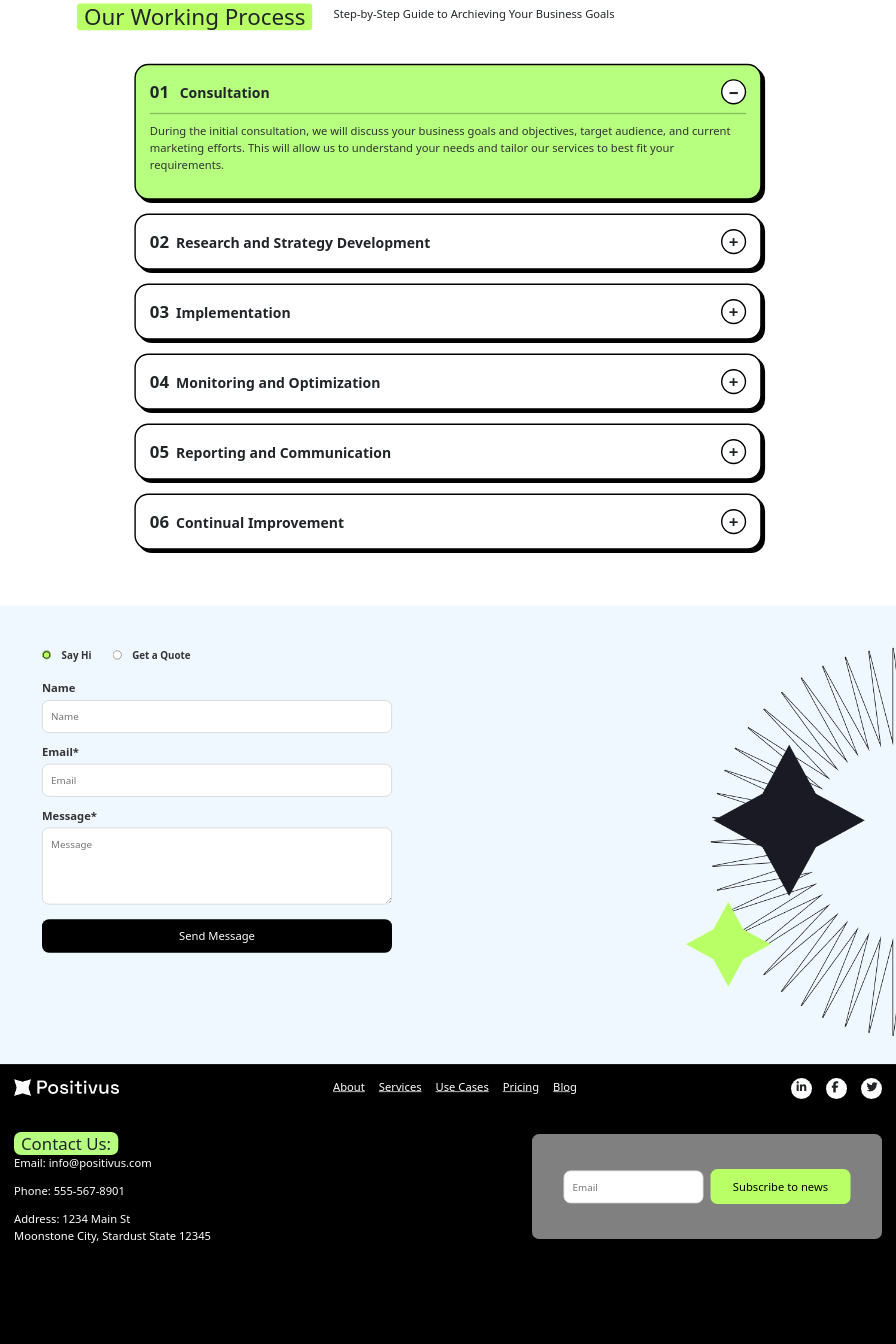
Repository: inshaabbas/CSS-Hackathon-SMIT
Page: index.html
An editor plug-in stored every save of this project. The page is shown before and after a run of saves, followed by the edit.
The browser window is 1280 px wide. The pictures show the part of the page from y = 1253 to 3173 px (the page is 3173 px tall), at 70% of full size.
A picture or video elsewhere on the page could not be fetched, so the positions and the page height are approximate.

Above is the page before, as saved 2025-06-25 11:07:52.

### index.html
<!DOCTYPE html>
<html lang="en">
<head>
    <meta charset="UTF-8">
    <meta name="viewport" content="width=device-width, initial-scale=1.0">
    <title>CSS Hackathon</title>
    <!-- Bootstrap CDN -->
     <link href="https://cdn.jsdelivr.net/npm/bootstrap@5.3.7/dist/css/bootstrap.min.css" rel="stylesheet" integrity="sha384-LN+7fdVzj6u52u30Kp6M/trliBMCMKTyK833zpbD+pXdCLuTusPj697FH4R/5mcr" crossorigin="anonymous">
    <!-- Font Awesome CDN -->
     <link rel="stylesheet" href="https://cdnjs.cloudflare.com/ajax/libs/font-awesome/6.7.2/css/all.min.css" integrity="sha512-Evv84Mr4kqVGRNSgIGL/F/aIDqQb7xQ2vcrdIwxfjThSH8CSR7PBEakCr51Ck+w+/U6swU2Im1vVX0SVk9ABhg==" crossorigin="anonymous" referrerpolicy="no-referrer"/>
    <!-- External Style Sheet -->
     <link rel="stylesheet" href="./style.css">
</head>
<body>
    <!-- Header Section Starts -->
    <header class="container-xxl">
      <div class="fixed-top">
         <nav class="navbar navbar-expand-lg bg-body-tertiary">
  <div class="container-fluid">
    <a class="navbar-brand" href="#"><img src="./Assets/logo.png" alt="Logo" width="150px"></a>
    <button class="navbar-toggler" type="button" data-bs-toggle="collapse" data-bs-target="#navbarSupportedContent" aria-controls="navbarSupportedContent" aria-expanded="false" aria-label="Toggle navigation">
      <span class="navbar-toggler-icon"></span>
    </button>
    <div class="collapse navbar-collapse" id="navbarSupportedContent">
      <ul class="navbar-nav ms-auto me-3 gap-4 mb-2 mb-lg-0">
        <li class="nav-item">
          <a class="nav-link active" aria-current="page" href="#">Aboutus</a>
        </li>
        <li class="nav-item">
          <a class="nav-link active" href="#">Services</a>
        </li>
        <li class="nav-item">
          <a class="nav-link active" aria-disabled="true">User Cases</a>
        </li>
        <li class="nav-item">
          <a class="nav-link active" aria-current="page" href="#">Pricing</a>
        </li>
        <li class="nav-item">
          <a class="nav-link active" aria-current="page" href="#">Blog</a>
        </li>
      </ul>
        <button class="btn btn-outline-dark" type="submit">Request a Quote</button>
      </form>
    </div>
  </div>
</nav>
      </div>
    </header>
    <!-- Header Section Ends -->

    <!-- Hero Section Starts -->
     <section class="hero-sec container-xxl">
        <div class="hero-text">
            <h2>Navigating the digital landscape for success</h2>
            <p>Lorem ipsum dolor sit amet consectetur adipisicing elit. Nihil sapiente officia omnis rerum, vitae nesciunt ad obcaecati sint quam accusantium Lorem ipsum dolor sit amet consectetur adipisicing elit. Quaerat nobis quos soluta accusantium perspiciatis quas ducimus dicta accusamus eius, sint adipisci cum minima aliquam debitis expedita nam eos, consectetur quasi.</p>
            <button type="button" class="btn btn-dark">Book a consultation</button>
        </div>
        <div class="hero-img">
            <img src="./Assets/hero-sec-img.png" alt="Hero Section Img" width="450px" height="330px">
        </div>
     </section>
    <!-- Hero Section Ends -->

    <!-- Social Section Starts -->
     <section class="social-sec container-xxl">
       <img src="./Assets/Amazon.png" alt="Amazon">
       <img src="./Assets/Dribbble.png" alt="Dribbble">
       <img src="./Assets/Hubspot-icon-removebg-preview.png" alt="Hubspot">
       <img src="./Assets/Notion.png" alt="Notion">
       <img src="./Assets/Netflix.png" alt="Netflix" class="gray">
       <img src="./Assets/Zoom.png" alt="Zoom" class="gray">
     </section>
    <!-- Social Section Ends -->

    <!-- Service Section Starts -->
     <section class="service-sec container-xxl">
      <div class="service-head">
        <h2>Services</h2>
        <p>Lorem ipsum dolor sit amet consectetur adipisicing elit. Ad, aliquam assumenda. Perspiciatis necessitatibus ullam possimus illum consequatur dolores quasi ut.</p>
      </div>
      <div class="service-cards">
        <div class="service-card-1 hover-img">
          <div class="ser-card-1-text">
             <h3>Search engine <br> optimization</h3>
             <p><img src="./Assets/service-icon.png" alt="Service Icon" width="30px">Learn More</p>
          </div>
          <div class="ser-card-1-img">
            <img src="./Assets/Service-card-1img.png" alt="">
          </div>
        </div>
        <div class="service-card-2 hover-img">
          <div class="ser-card-2-text">
             <h3>Search engine <br> optimization</h3>
             <p><img src="./Assets/service-icon.png" alt="Service Icon" width="30px">Learn More</p>
          </div>
          <div class="ser-card-2-img">
            <img src="./Assets/Service-card-2-img.png" alt="">
          </div>
        </div>
      </div>
     </section>
    <!-- Service Section Ends -->

     <!-- Working section Starts -->
     <section class="working-section container-xxl">
      <div class="working-head">
        <h2>Our Working Process</h2>
        <p>Step-by-Step Guide to Archieving Your Business Goals</p>
      </div>
      <div class="faq-section">
  <details open>
    <summary><span><span class="number">01</span> Consultation</span> <span class="plus"></span></summary>
    <hr class="divider">
    <div class="faq-content">
      <p>During the initial consultation, we will discuss your business goals and objectives, target audience, and current marketing efforts. This will allow us to understand your needs and tailor our services to best fit your requirements.</p>
    </div>
  </details>

  <details>
    <summary><span><span class="number">02</span>Research and Strategy Development</span> <span class="plus"></span></summary>
    <hr class="divider">
    <div class="faq-content">
      We research your market and competitors to develop a custom strategy aligned with your business goals.
    </div>
  </details>

   <details>
    <summary><span><span class="number">03</span>Implementation</span> <span class="plus"></span></summary>
    <hr class="divider">
    <div class="faq-content">
      We research your market and competitors to develop a custom strategy aligned with your business goals.
    </div>
  </details>

   <details>
    <summary><span><span class="number">04</span>Monitoring and Optimization</span> <span class="plus"></span></summary>
    <hr class="divider">
    <div class="faq-content">
      We research your market and competitors to develop a custom strategy aligned with your business goals.
    </div>
  </details>

   <details>
    <summary><span><span class="number">05</span>Reporting and Communication</span> <span class="plus"></span></summary>
    <hr class="divider">
    <div class="faq-content">
      We research your market and competitors to develop a custom strategy aligned with your business goals.
    </div>
  </details>

   <details>
    <summary><span><span class="number">06</span>Continual Improvement</span> <span class="plus"></span></summary>
    <hr class="divider">
    <div class="faq-content">
      We research your market and competitors to develop a custom strategy aligned with your business goals.
    </div>
  </details>
      </div>
      </section>

    <!-- Working section Ends -->

     <!-- Contact section Starts -->
     <section class="contact-section container-xxl">
      <div class="contact-form">
        <form>
          <div class="radio-group">
            <label><input type="radio" name="purpose" checked>Say Hi</label>
            <label><input type="radio" name="purpose"> Get a Quote</label>
          </div>

          <div class="form-group">
            <label for="name">Name</label>
            <input type="text" id="name" name="name" placeholder="Name" required>
          </div>

          <div class="form-group">
            <label for="email">Email*</label>
            <input type="email" id="email" name="email" placeholder="Email" required>
          </div>

          <div class="form-group">
            <label for="message">Message*</label>
            <textarea id="message" name="message" placeholder="Message" rows="4" required></textarea>
          </div>

          <button type="submit" class="send-btn">Send Message</button>
        </form>
       </div>
      <div class="contact-image">
        <img src="./Assets/Contact-img.png" alt="Contact img" width="400px">
      </div>
     </section>

     <!-- Contact section End -->

     <!-- Footer section Starts -->

     <footer>
        <div class="top-footer">
            <div class="fot-logo">
                <img src="./Assets/Foooter-logo.png" alt="Footer logo" width="150px">
            </div>
            <div class="fot-links">
                <li><a href="#">About</a></li>
                <li><a href="#">Services</a></li>
                <li><a href="#">Use Cases</a></li>
                <li><a href="#">Pricing</a></li>
                <li><a href="#">Blog</a></li>
            </div>
            <div class="fot-icons">
                <div class="circle"><i class="fa-brands fa-linkedin-in"></i></div>
                <div class="circle"><i class="fa-brands fa-facebook-f"></i></div>
                <div class="circle"><i class="fa-brands fa-twitter"></i></div>
            </div>
        </div>

        <div class="fot-contact">
            <div class="fot-text">
                <h4>Contact Us:</h4>
                <p>Email: info@positivus.com</p>
                <p>Phone: 555-567-8901</p>
                <p>Address: 1234 Main St <br> Moonstone City, Stardust State 12345</p>
            </div>
            <div class="fot-input">
                <input type="text" placeholder="Email">
                <button class="btn-sub">Subscribe to news</button>
            </div>
        </div>
     </footer>







<script src="https://cdn.jsdelivr.net/npm/@popperjs/core@2.11.8/dist/umd/popper.min.js" integrity="sha384-I7E8VVD/ismYTF4hNIPjVp/Zjvgyol6VFvRkX/vR+Vc4jQkC+hVqc2pM8ODewa9r" crossorigin="anonymous"></script>
<script src="https://cdn.jsdelivr.net/npm/bootstrap@5.3.7/dist/js/bootstrap.min.js" integrity="sha384-7qAoOXltbVP82dhxHAUje59V5r2YsVfBafyUDxEdApLPmcdhBPg1DKg1ERo0BZlK" crossorigin="anonymous"></script>
</body>
</html>

### style.css
.hover-img{
    transition: transform 0.3s ease;
}

.hover-img:hover{
    transform: scale(1.1);
}

.hero-sec{
    display: flex;
    justify-content: space-around;
    align-items: center;
    padding: 20px;
    height: 500px;
    padding-top: 80px;
}

.hero-text{
    width: 50%;
}

.hero-text h2{
    font-size: 35px;
    font-weight: bold;
}

@media screen and (max-width: 1010px) {
    .hero-img img{
        width: 350px;
        height: 300px;
    }
    .hero-sec{
        height: auto;
    }
}

@media screen and (max-width: 800px){
    .hero-sec{
        flex-direction: column;
        gap: 50px;
    }

    .hero-text{
    width: 100%;
}

.hero-img img{
    width: 300px;
    height: 250px;
}
}

/* Hero Section End */

/* Social Section Starts */
.social-sec{
    height: auto;
    display: flex;
    justify-content: center;
    align-items: center;
    gap: 40px;
    flex-wrap: wrap;
    padding: 20px;
    margin-top: 40px;
}

.social-sec img{
    width: 120px;
}

.gray{
    filter: grayscale(100%);
}

/* Social Section Ends */


/* Service Section Starts */

.service-sec{
    height: auto;
    margin-top: 40px;
    padding: 40px 10px;
}

.service-head{
    display: flex;
    margin-left: 100px;
    gap: 30px;
}

.service-head h2{
    background-color: #b9ff66;
    padding: 0px 10px;
    border-radius: 5px;
    font-size: 40px;
}

.service-head p{
    width: 600px;
}

.service-cards{
    padding-top: 40px;
    display: flex;
    justify-content: center;
    align-items: center;
    flex-wrap: wrap;
    gap: 40px;
    padding: 20px;
}

/* Card 1  */
.service-card-1{
    display: flex;
    justify-content: space-between;
    width: 500px;
    height: 280px;
    background-color: #f3f3f3;
    border-radius: 30px;
    padding: 20px;
    border-bottom: black solid 4px;
    border-top: black solid 1px;
    border-left: black solid 1px;
    border-right: black solid 1px;
}

.service-card-1 p img{
    margin-right: 10px;
}

.service-card-1 p{
    margin-top: 100px;
}

.ser-card-1-img{
    display: flex;
    justify-content: center;
    align-items: center;
}

.ser-card-1-text h3{
    background-color: #b9ff66;
    padding: 5px 10px;
    border-radius: 5px;
}

/* Card 2 */

.service-card-2{
    display: flex;
    justify-content: space-between;
    width: 500px;
    height: 280px;
    background-color: #b9ff66;
    border-radius: 30px;
    padding: 20px;
    border-bottom: black solid 4px;
    border-top: black solid 1px;
    border-left: black solid 1px;
    border-right: black solid 1px;
}

.service-card-2 p img{
    margin-right: 10px;
}

.service-card-2 p{
    margin-top: 100px;
}

.ser-card-2-img{
    display: flex;
    justify-content: center;
    align-items: center;
}

.ser-card-2-text h3{
    background-color: #f3f3f3;
    padding: 5px 10px;
    border-radius: 5px;
}

@media screen and (max-width: 865px){
    .service-head{
        flex-direction: column;
        justify-content: center;
        align-items: center;
        text-align: center;
        margin-left: 0px;
        gap: 10px;
    }

    .service-head p{
        width: 100%;
    }
}

@media screen and (max-width: 500px){
    .service-head p{
        font-size: 13px;
    }

    .service-card-2{
        height: 230px;
    }
    .ser-card-2-img img{
        width: 180px;
    }

    .ser-card-2-text h3{
        font-size: 20px;
    }

    .ser-card-2-text p{
        font-size: 13px;
    }

    .service-card-1{
        height: 230px;
    }
    .ser-card-1-img img{
        width: 180px;
    }

    .ser-card-1-text h3{
        font-size: 20px;
    }

    .ser-card-1-text p{
        font-size: 15px;
    }
}

    @media screen and (max-width: 440px){
    .service-head p{
        font-size: 10px;
    }

    .ser-card-2-img img{
        width: 120px;
    }

    .ser-card-2-text h3{
        font-size: 14px;
    }

    .ser-card-2-text p{
        font-size: 12px;
    }

    .ser-card-1-img img{
        width: 120px;
    }

    .ser-card-1-text h3{
        font-size: 14px;
    }

    .ser-card-1-text p{
        font-size: 12px;
    }
}

/* Service Section Ends*/

/* Working Section Starts */

.working-section{
    height: auto;
    margin-top: 20px;
    padding: 40px 10px;
}

.working-head{
    display: flex;
    align-items: center;
    margin-left: 100px;
    gap: 30px;
}

.working-head h2{
    background-color: #b9ff66;
    padding: 0px 10px;
    border-radius: 5px;
}

.working-head p{
    width: 100%;
    max-width: 600px;
}

.faq-section{
    display: flex;
    flex-direction: column;
    justify-content: center;
    align-items: center;
    margin-top: 40px;
    padding: 0px 10px;
}

details {
      border: 2px solid #000;
      border-radius: 20px;
      margin-bottom: 20px;
      padding: 20px;
      box-shadow: 5px 5px 0 #000;
      background-color: #fff;
      transition: all 0.3s ease;
      width: 70vw;
    }

    details[open] {
      background-color: #b6ff7f;
    }

    summary {
      list-style: none;
      cursor: pointer;
      font-weight: bold;
      font-size: 20px;
      display: flex;
      justify-content: space-between;
      align-items: center;
    }

    summary::-webkit-details-marker {
      display: none;
    }

    .number {
      font-size: 24px;
      margin-right: 10px;
    }

    .plus::after {
      content: "+";
      font-size: 24px;
      width: 36px;
      height: 36px;
      display: inline-flex;
      align-items: center;
      justify-content: center;
      border: 2px solid #000;
      border-radius: 50%;
      background: #fff;
    }

    details[open] .plus::after {
      content: "−";
    }

    .faq-content {
      margin-top: 10px;
      font-size: 16px;
      line-height: 1.5;
      color: #333;
    }

    .divider {
      display: none;
      border: none;
      border-top: 2px solid #000;
      margin: 12px 0;
    }

    details[open] .divider {
      display: block;
    }

    details[open] .faq-content {
      display: block;
    }


@media screen and (max-width: 1084px){
    .working-head{
        flex-direction: column;
        justify-content: center;
        align-items: center;
        text-align: center;
        gap: 10px;
        margin-left: 0px;
    }
}

@media screen and (max-width: 700px){
    summary span{
        font-size: 16px;
    }

    .number{
        font-size: 16px;
    }

    .plus::after{
        font-size: 20px;
        width: 25px;
        height: 25px;
    }

    details{
        width: 90vw;
    }
}

@media screen and (max-width: 420px){
    summary span{
        font-size: 13px;
    }

    .number{
        font-size: 14px;
    }
}
/* Working Section Ends */

/* Contact Section Starts */

.contact-section{
    display: flex;
    justify-content: space-between;
    height: auto;
    background-color: aliceblue;
    margin-top: 20px;
    padding: 60px 0px 40px 20px
}

.contact-form{
    width: 100%;
    margin-left: 40px;
}

.radio-group {
  display: flex;
  gap: 30px;
  margin-bottom: 20px;
  font-size: 14px;
}

.radio-group label{
  display: flex;
  align-items: center;
  gap: 15px;
  font-size: 14px;
  color: #333;
  cursor: pointer;
  /* width: 100px; */
  white-space: nowrap
}


input[type="radio"] {
  accent-color: #b9ff66;
}

.form-group {
  margin-bottom: 15px;
}

label {
  display: block;
  margin-bottom: 5px;
  font-weight: bold;
  color: #333;
}

input,
textarea {
  width: 100%;
  max-width: 500px;
  padding: 12px;
  font-size: 14px;
  border: 1px solid #ccc;
  border-radius: 10px;
  box-sizing: border-box;
}

.send-btn{
  background-color: #000;
  color: #fff;
  border: none;
  padding: 12px;
  width: 100%;
  max-width: 500px;
  border-radius: 10px;
  font-size: 16px;
  cursor: pointer;
  transition: background-color 0.3s;
}

.send-btn:hover {
  background-color: #333;
}

.contact-image {
  flex: 1;
  text-align: right;
  min-width: 300px;
  overflow-x: hidden;
}

@media screen and (max-width: 890px){
    .contact-image img {
        display: none;
    }

    .contact-section {
        flex-direction: column;
        align-items: center;
        padding: 30px 20px;
    }

    .contact-form {
        margin-left: 0;
        width: 100%;
        display: flex;
        flex-direction: column;
        align-items: center;
    }

    .form-group,
    input,
    textarea,
    .send-btn {
        width: 100%;
        max-width: 600px;
    }
}

/* Contact Section Ends*/

footer{
    height: 400px;
    background-color: #000;
    padding: 20px;
}

.top-footer{
    display: flex;
    justify-content: space-between;
}

.fot-links{
    display: flex;
    gap: 20px;
}

.fot-links li{
    list-style: none;
}

.fot-links li a{
    color: white;
    text-decoration: underline;
}

.fot-icons{
    display: flex;
    gap: 20px;
}

.fot-icons .circle{
    width: 30px;
    height: 30px;
    background-color: white;
    border-radius: 50%;
}

.fot-icons .circle i{
    margin-left: 8px;
}

.fot-contact{
    display: flex;
    justify-content: space-between;
    margin-top: 50px;
}

.fot-text h4{
    background-color: #b6ff7f;
    display: inline;
    border-radius: 10px;
    padding: 0px 10px;
}

.fot-text p{
    color: white;
}

.fot-input{
    display: flex;
    justify-content: center;
    align-items: center;
    gap: 10px;
    background-color: gray;
    width: 500px;
    height: 150px;
    border-radius: 10px;
}

.fot-input input{
    max-width: 200px;
    width: 100%;
}

.btn-sub{
    max-width: 200px;
    width: 100%;
    height: 50px;
    border-radius: 10px;
    border: none;
    background-color: #b9ff66;
}

After the next 3 saves:
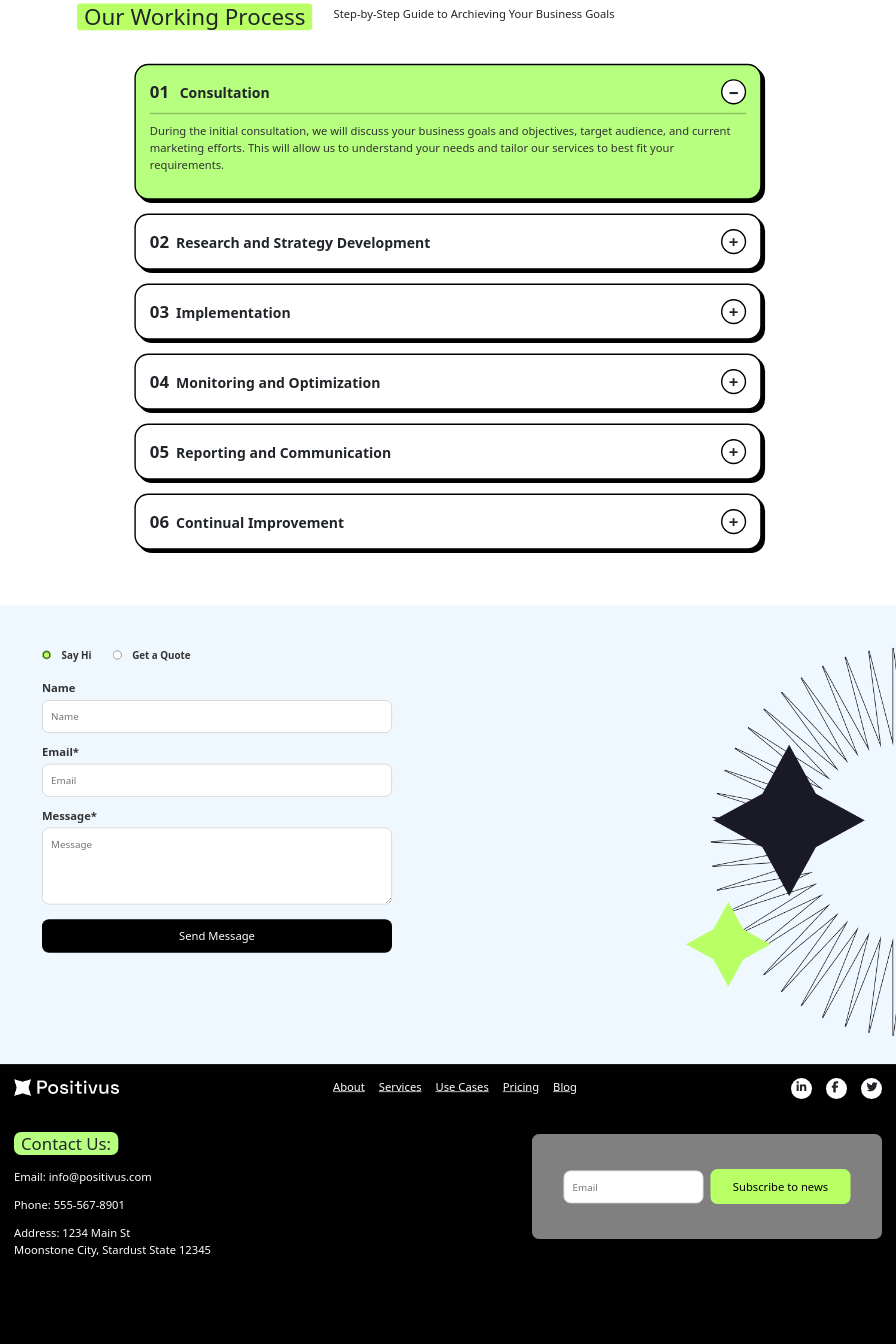
The 3 saves are shown as one change because they came seconds apart.
The last was saved 24 s later.
--- a/index.html
+++ b/index.html
@@ -218,7 +218,7 @@
         <div class="fot-contact">
             <div class="fot-text">
                 <h4>Contact Us:</h4>
-                <p>Email: info@positivus.com</p>
+                <p style="margin-top: 20px;">Email: info@positivus.com</p>
                 <p>Phone: 555-567-8901</p>
                 <p>Address: 1234 Main St <br> Moonstone City, Stardust State 12345</p>
             </div>
